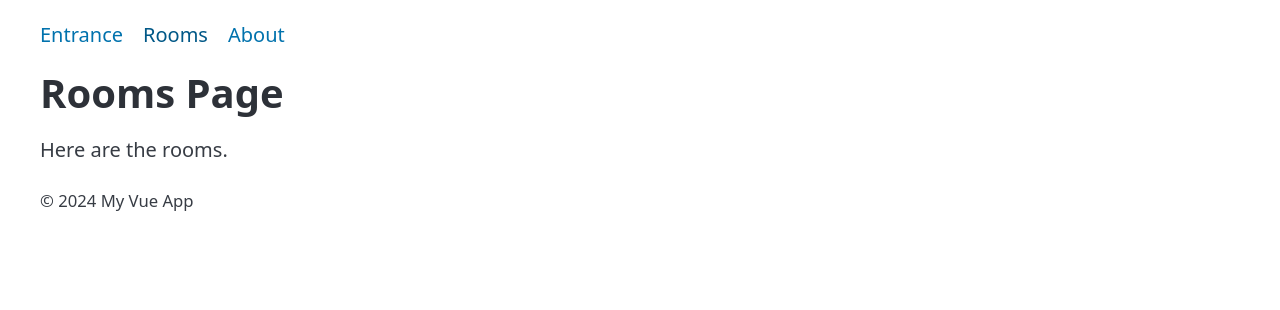
Repository: jujhars13/gurdwara-displays
Page: /rooms
These files come from the project's save history. The page is drawn as it stood at one moment and after the next save; the edit follows.
The browser window is 1280 px wide. The pictures show the whole page.
The project was rebuilt for these pictures with package versions that can differ from the ones it lists, and the page was loaded fresh each time. Also part of the build but not shown: vue.config.js, src/pages/Entrance.vue, src/pages/About.vue.

Above is the page before, as saved 2024-10-13 15:35:55.

### src/main.js
// src/main.js
import { createApp } from 'vue';
import App from './App.vue';
import router from './router';

import '@picocss/pico'; // Import Pico.css

createApp(App)
  .use(router)
  .mount('#app');

### src/App.vue
<!-- src/App.vue -->
<template>
  <div id="app">
    <header class="container">
      <nav>
        <ul>
          <li><router-link to="/entrance">Entrance</router-link></li>
          <li><router-link to="/rooms">Rooms</router-link></li>
          <li><router-link to="/about">About</router-link></li>
        </ul>
      </nav>
    </header>
    <main class="container">
      <router-view></router-view>
    </main>
    <footer class="container">
      <small>&copy; 2024 My Vue App</small>
    </footer>
  </div>
</template>

<script>
export default {
  name: 'App',
};
</script>

<style>
/* You can add global styles here if needed */
</style>

### src/router.js
// src/router.js
import { createRouter, createWebHistory } from 'vue-router';
import Rooms from './pages/Rooms.vue';
import Entrance from './pages/Entrance.vue';
import About from './pages/About.vue';

const routes = [
  {
    path: '/rooms',
    name: 'Rooms',
    component: Rooms,
  },
  {
    path: '/entrance',
    name: 'Entrance',
    component: Entrance,
  },
  {
    path: '/about',
    name: 'About',
    component: About,
  },
  {
    path: '/',
    redirect: '/entrance',
  },
];

const router = createRouter({
  history: createWebHistory(),
  routes,
});

export default router;

### src/pages/Rooms.vue
<!-- src/components/Rooms.vue -->
<template>
  <div>
    <h1>Rooms Page</h1>
    <p>Here are the rooms.</p>
  </div>
</template>

<script>
export default {
  name: 'RoomsPage',
  data() {
    return {
      // Add your data properties here
    };
  },
  methods: {
    // Add your methods here
  },
};
</script>

<style scoped>
/* Add your styles here */
</style>

Loaded but not shown: public/index.html (common file)

After the next save:
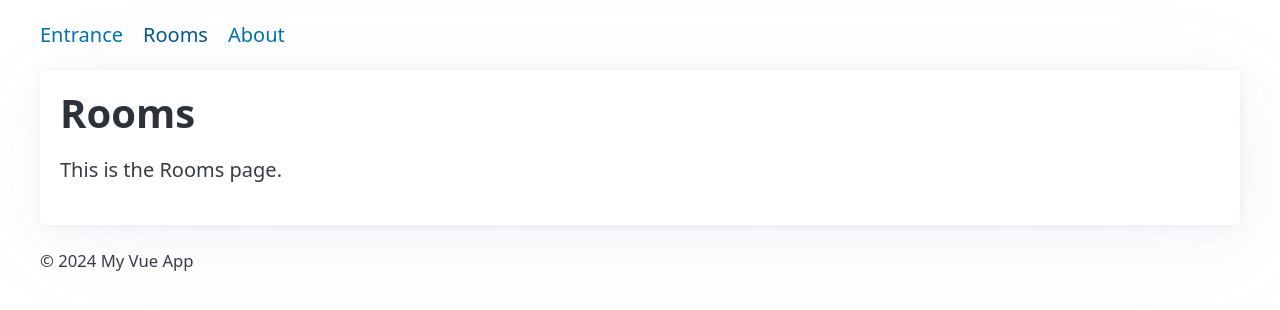
Saved 9 s later.
--- a/src/pages/Rooms.vue
+++ b/src/pages/Rooms.vue
@@ -1,25 +1,17 @@
-<!-- src/components/Rooms.vue -->
+<!-- src/pages/Rooms.vue -->
 <template>
-  <div>
-    <h1>Rooms Page</h1>
-    <p>Here are the rooms.</p>
-  </div>
+  <article>
+    <h1>Rooms</h1>
+    <p>This is the Rooms page.</p>
+  </article>
 </template>
 
 <script>
 export default {
-  name: 'RoomsPage',
-  data() {
-    return {
-      // Add your data properties here
-    };
-  },
-  methods: {
-    // Add your methods here
-  },
+  name: 'Rooms',
 };
 </script>
 
 <style scoped>
-/* Add your styles here */
+/* Add component-specific styles if needed */
 </style>
